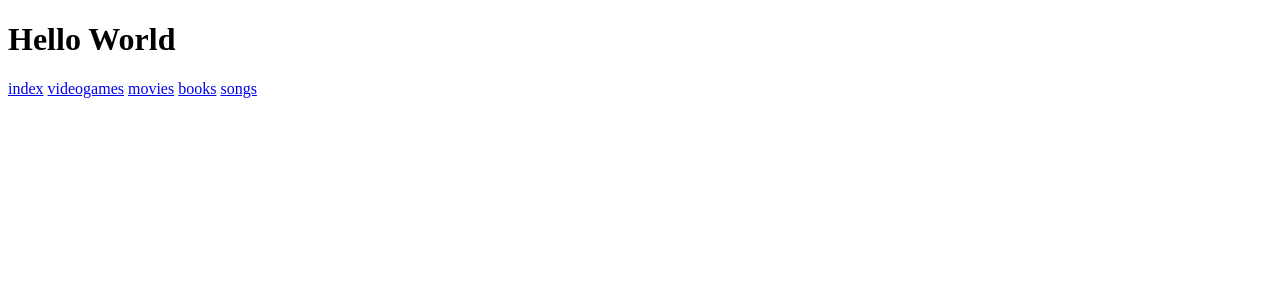
Repository: julianvanost/Week-06
Page: Day_01/First_Server/index.html
An editor plug-in stored every save of this project. The page is shown before and after the next save, followed by the edit.
The browser window is 1280 px wide. The pictures show the whole page.

Above is the page before, as saved 2020-02-18 13:28:05.

### Day_01/First_Server/index.html
<!DOCTYPE html>
<html>
  <head>
    <meta charset="utf-8">
    <meta http-equiv="X-UA-Compatible" content="IE=edge">
    <title>Hello World</title>
    <meta name="description" content="">
    <meta name="viewport" content="width=device-width, initial-scale=1">
    <link rel="stylesheet" href="">
  </head>
  <body>
    <h1>Hello World</h1>
  <p></p>
        <a href="/index">index</a>
        <a href="/videogames">videogames</a>
        <a href="/movies">movies</a>
        <a href="/books">books</a>
        <a href="/songs">songs</a>
  </body>
</html>

After the next save:
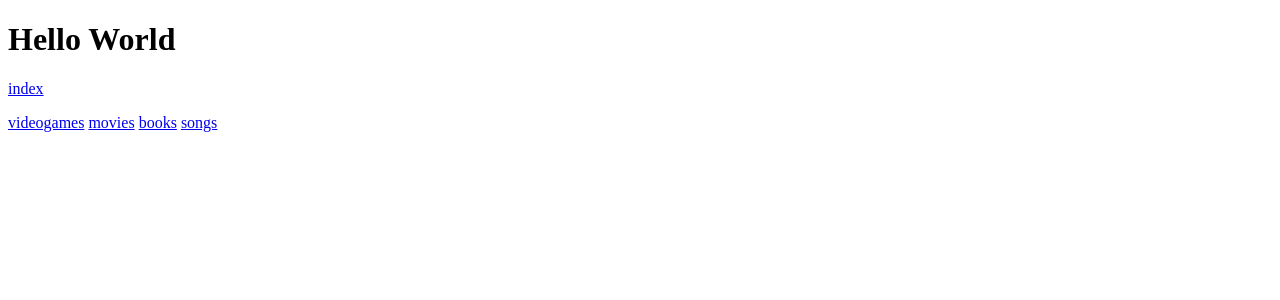
Saved 3 s later.
--- a/Day_01/First_Server/index.html
+++ b/Day_01/First_Server/index.html
@@ -10,10 +10,12 @@
   </head>
   <body>
     <h1>Hello World</h1>
-  <p></p>
-        <a href="/index">index</a>
-        <a href="/videogames">videogames</a>
-        <a href="/movies">movies</a>
+
+    <p>
+    <a href="/index">index</a>
+    </p>
+    <a href="/videogames">videogames</a>
+    <a href="/movies">movies</a>
         <a href="/books">books</a>
         <a href="/songs">songs</a>
   </body>

After the save that followed:
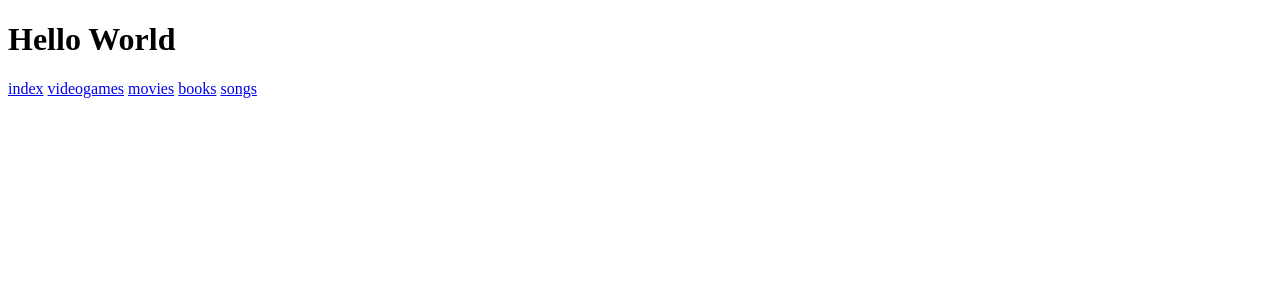
Saved 2 s later.
--- a/Day_01/First_Server/index.html
+++ b/Day_01/First_Server/index.html
@@ -13,10 +13,10 @@
 
     <p>
     <a href="/index">index</a>
-    </p>
     <a href="/videogames">videogames</a>
     <a href="/movies">movies</a>
-        <a href="/books">books</a>
-        <a href="/songs">songs</a>
+    <a href="/books">books</a>
+    <a href="/songs">songs</a>
+  </p>
   </body>
 </html>
